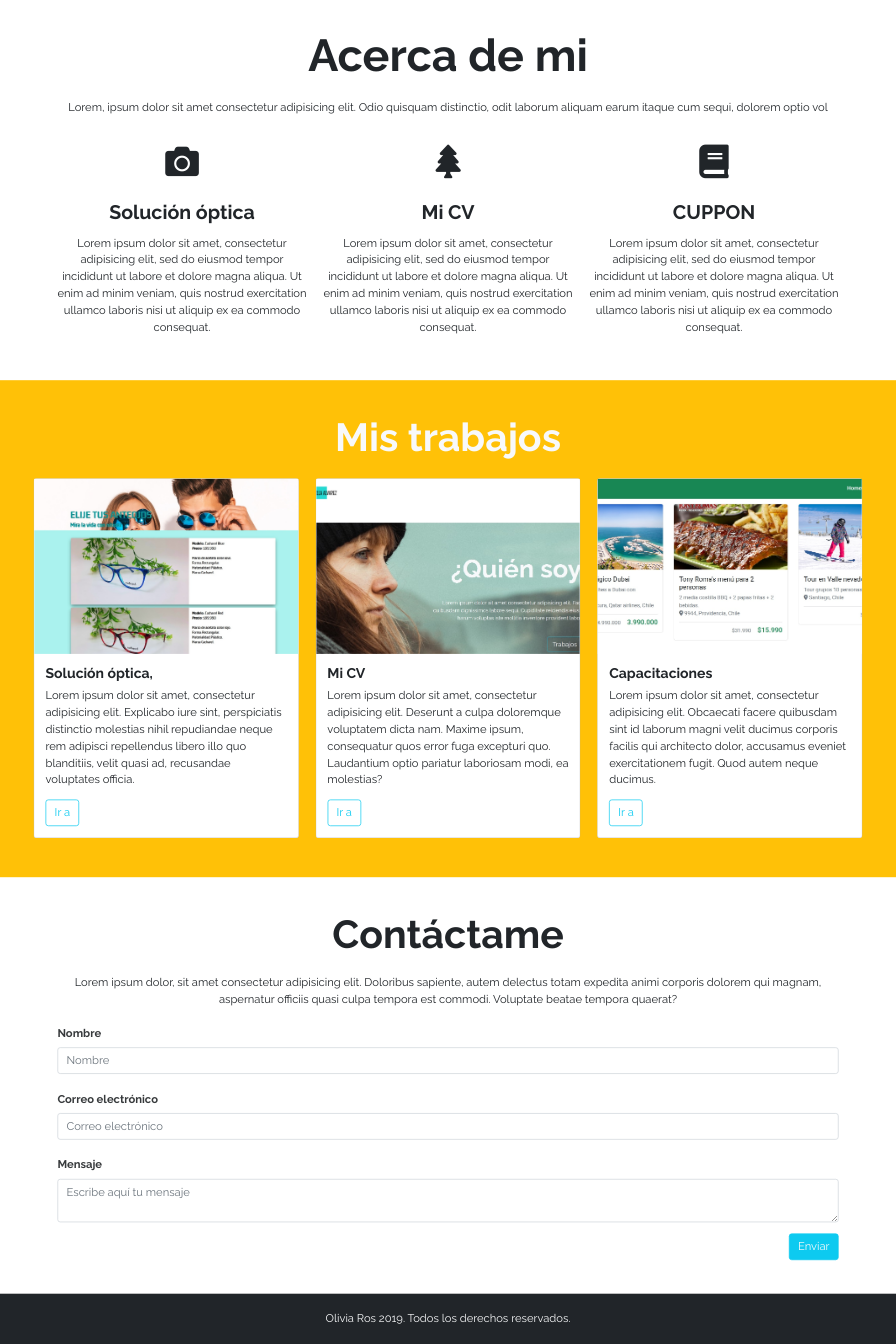
Repository: Yasna2112/Portafolio-final
Page: index.html
The author's editor kept a copy of each file at every save. The page is drawn from the files as they stood at one save, then again after the next save.
The browser window is 1280 px wide. The pictures show the part of the page from y = 703 to 2623 px (the page is 2623 px tall), at 70% of full size.
Some web libraries are served in a nearby version.

Above is the page before, as saved 2022-07-23 05:51:04.

After the next save:
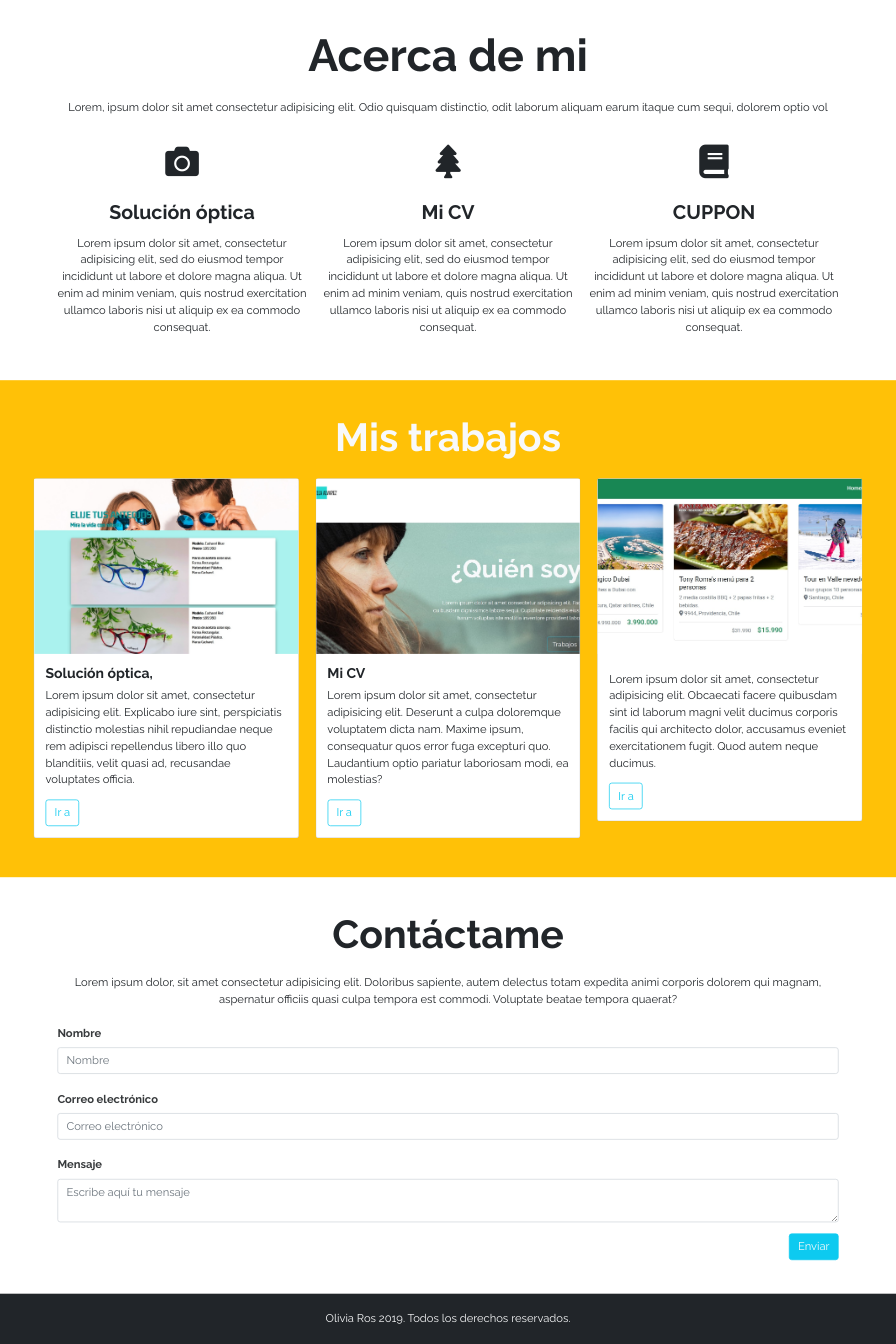
Saved 7 s later.
--- a/index.html
+++ b/index.html
@@ -153,7 +153,7 @@
                 <div class="card">
                     <div class="image-top" style="background-image: url(assets/img/card-33.jpg)"></div>
                     <div class="card-body">
-                        <h5 class="card-title fw-bold">Capacitaciones</h5>
+                        <h5 class="card-title fw-bold"></h5>
                         <p class="card-text">
                             Lorem ipsum dolor sit amet, consectetur adipisicing elit.
                             Obcaecati facere quibusdam sint id laborum magni velit ducimus
